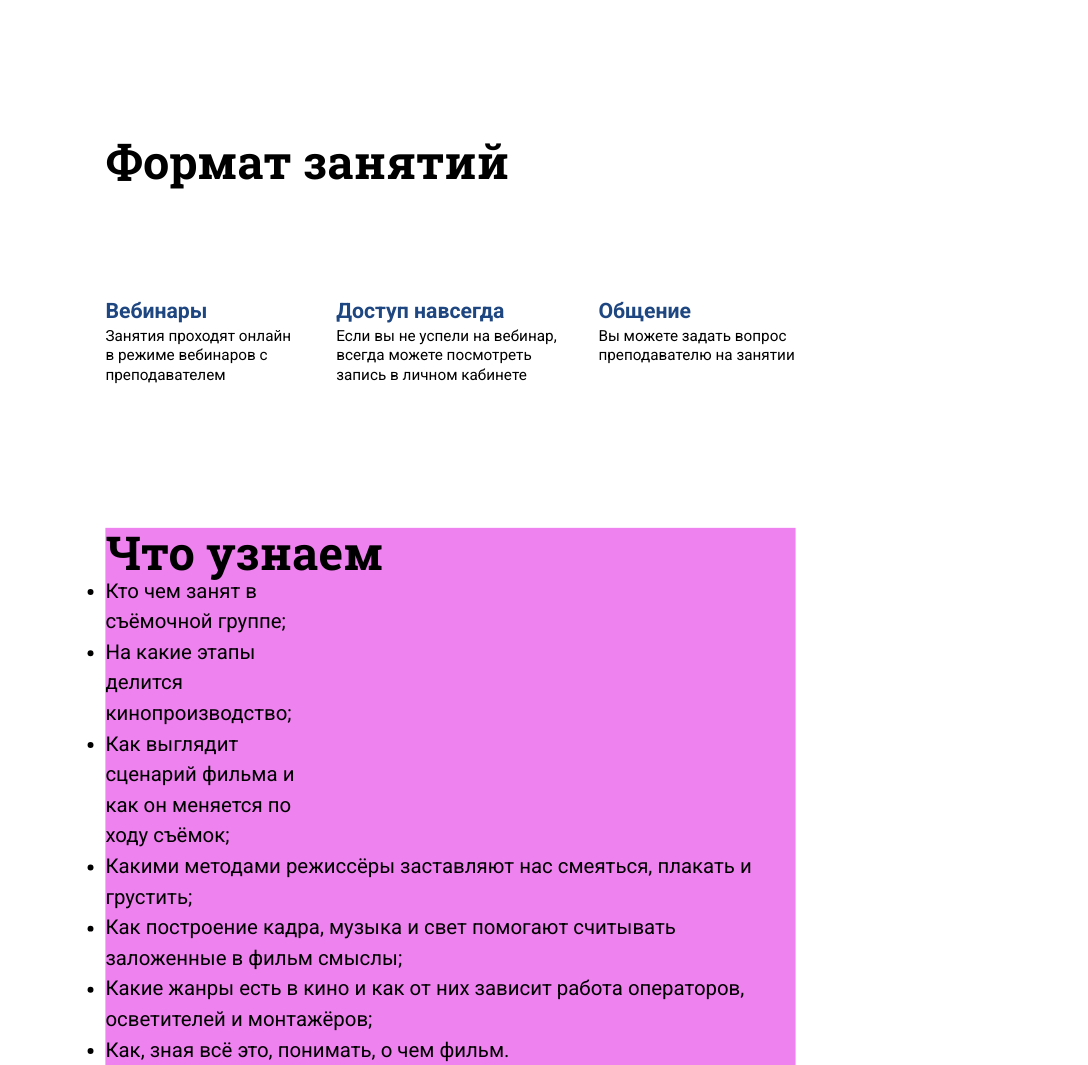
Repository: PoladEziz/Task2
Page: index.html
The author's editor kept a copy of each file at every save. The page is drawn from the files as they stood at one save, then again after the next save.
The browser window is 1280 px wide. The pictures show the whole page, at 85% of full size.

Above is the page before, as saved 2023-05-04 17:42:02.

### index.html
<!DOCTYPE html>
<html lang="en">

<head>
    <meta charset="UTF-8">
    <meta http-equiv="X-UA-Compatible" content="IE=edge">
    <meta name="viewport" content="width=device-width, initial-scale=1.0">
    <title>Document</title>
    <link rel="stylesheet" href="index.css">
</head>

<body>
    <div class="main">
        <div class="page-1">
            <h1>Формат занятий</h1>
            <div class="top_child">

                <ul>
                    <li>
                        <h2>Вебинары</h2>
                        <p>Занятия проходят онлайн
                            в режиме вебинаров
                            с преподавателем</p>
                    </li>

                    <li>
                        <h2>Доступ навсегда</h2>
                        <p>Если вы не успели на вебинар, всегда можете посмотреть запись в личном кабинете</p>
                    </li>

                    <li>
                        <h2>Общение</h2>
                        <p>Вы можете задать вопрос
                            преподавателю на занятии</p>
                    </li>


                </ul>
            </div>

        </div>
        <div class="page-2">
            <h1>Что узнаем</h1>
            <ul>
                <li>Кто чем занят в съёмочной группе; </li>
                <li>На какие этапы делится кинопроизводство; </li>
                <li>Как выглядит сценарий фильма и как он меняется по ходу съёмок; </li>
                <li>Какими методами режиссёры заставляют нас смеяться, плакать и грустить; </li>
                <li>Как построение кадра, музыка и свет помогают считывать заложенные в фильм смыслы; </li>
                <li>Какие жанры есть в кино и как от них зависит работа операторов, осветителей и монтажёров; </li>
                <li>Как, зная всё это, понимать, о чем фильм.</li>
            </ul>




        </div>


    </div>
</body>

</html>

### index.css
@import url("https://fonts.googleapis.com/css2?family=Roboto+Slab:wght@700&family=Roboto:wght@700&display=swap");
@import url("https://fonts.googleapis.com/css2?family=Roboto&family=Roboto+Slab:wght@700&display=swap");

* {
  margin: 0;
  padding: 0;
}

.main {
  /* width: 100%; */
  display: flex;
  flex-direction: column;
  padding-left: 124px;
  padding-top: 162px;
  padding-right: 344px;
}

.page-1 h1 {
  margin-bottom: 133px;
  font-family: "Roboto Slab";
  font-style: normal;
  font-weight: 700;
  font-size: 55px;
  line-height: 55px;
}
.page-1 ul {
  width: 100%;
  display: flex;
  justify-content: space-between;
}
.page-1 ul li {
  list-style-type: none;
}
li:nth-child(1) {
  width: 223px;
}
li:nth-child(2) {
  width: 260px;
}
li:nth-child(3) {
  width: 232px;
}
.page-1 ul li h2 {
  font-family: "Roboto";
  font-style: normal;
  font-weight: 700;
  font-size: 25px;
  line-height: 130%;
  color: #1e4681;
}

.page-1 ul li p {
  font-family: "Roboto";
  font-style: normal;
  font-weight: 400;
  font-size: 18px;
  line-height: 130%;
}

.page-2 {
  display: flex;
  flex-direction: row;
  width: 100%;
}

.page-1 h1 {
  width: 100%;
}

.page-2 {
    margin-top: 168px;
    background-color: violet;
  width: 100%;
  display: flex;
  flex-direction: column;
}

.page-2 h1 {
  font-family: Roboto Slab;
  font-size: 55px;
  font-weight: 700;
  line-height: 56px;
  text-align: left;
}

.page-2 ul li {
  font-family: Roboto;
  font-size: 24px;
  font-weight: 400;
  line-height: 36px;
  text-align: left;
}

After the next save:
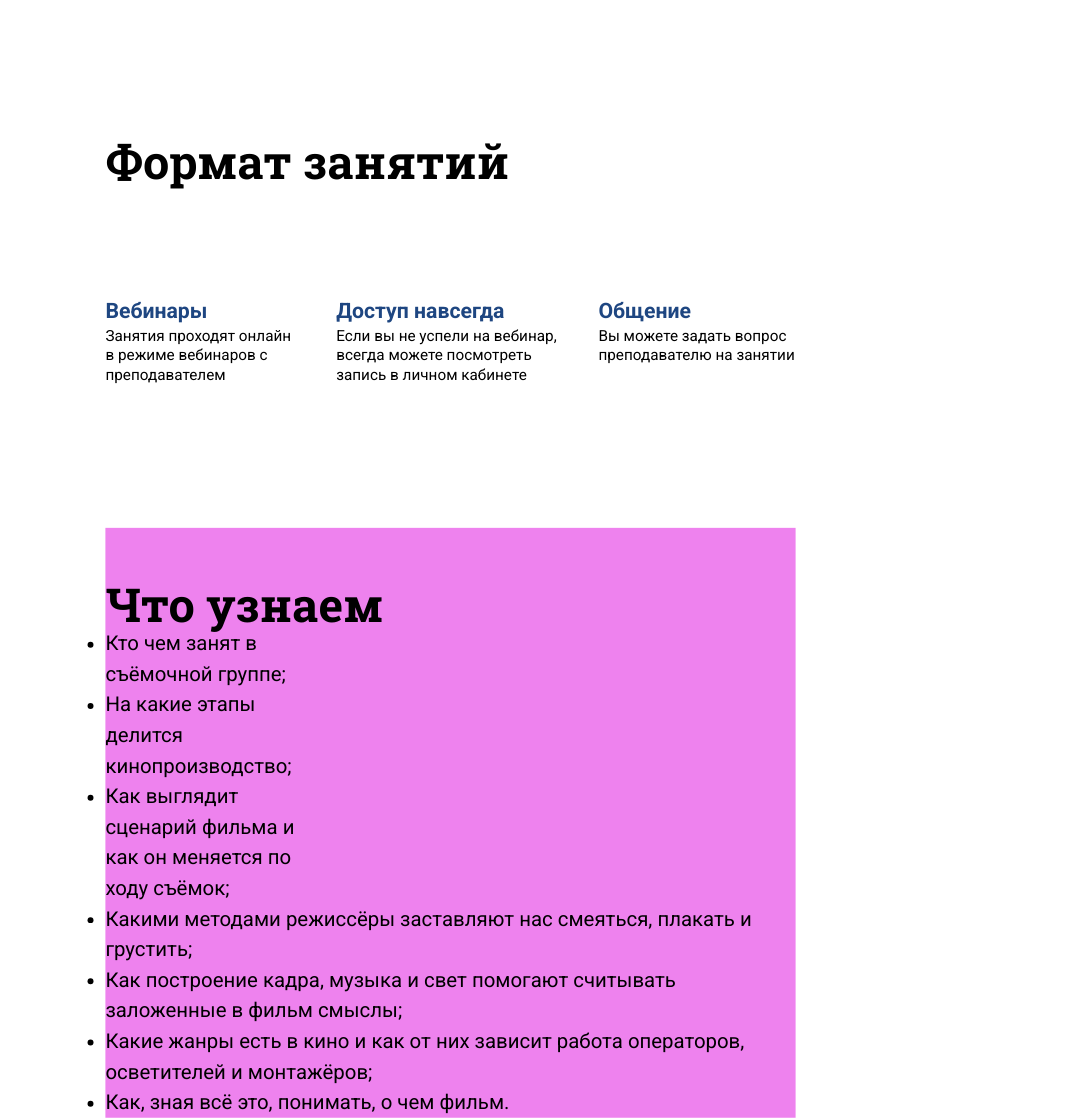
Saved 29 s later.
--- a/index.css
+++ b/index.css
@@ -76,6 +76,7 @@ li:nth-child(3) {
 }
 
 .page-2 h1 {
+    margin-top: 62px;
   font-family: Roboto Slab;
   font-size: 55px;
   font-weight: 700;
